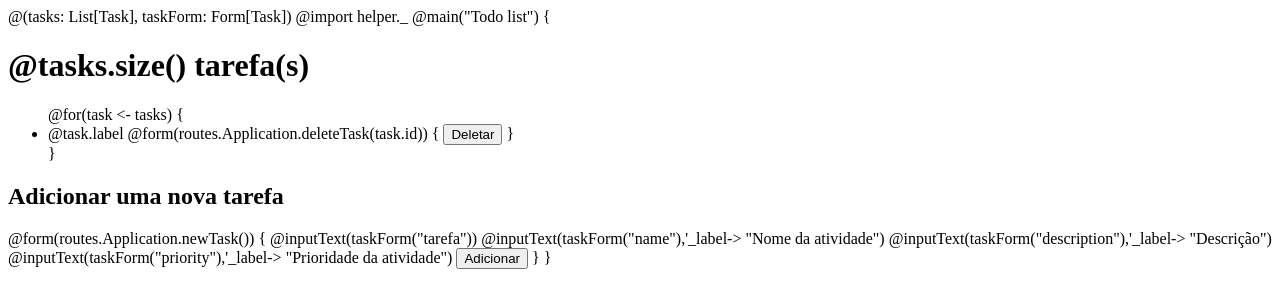
Repository: analuizamtg/si1
Page: lab2/todolist/.target/views/index.scala.html
The author's editor kept a copy of each file at every save. The page is drawn from the files as they stood at one save, then again after the next save.
The browser window is 1280 px wide. The pictures show the whole page.

Above is the page before, as saved 2013-11-25 16:47:52.

After the next save:
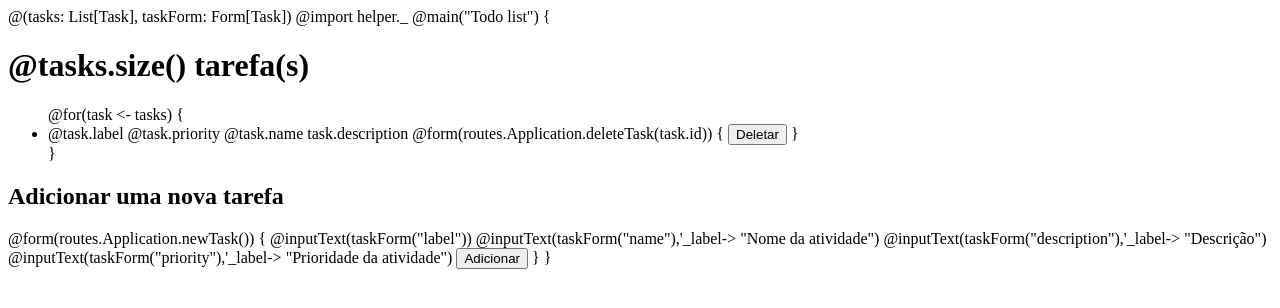
Saved 61 s later.
--- a/lab2/todolist/.target/views/index.scala.html
+++ b/lab2/todolist/.target/views/index.scala.html
@@ -10,6 +10,9 @@
         @for(task <- tasks) {
             <li>
                 @task.label
+                @task.priority
+                @task.name
+                task.description
 
                 @form(routes.Application.deleteTask(task.id)) {
                     <input type="submit" value="Deletar">
@@ -22,7 +25,7 @@
 
     @form(routes.Application.newTask()) {
 
-        @inputText(taskForm("tarefa"))
+        @inputText(taskForm("label"))
         @inputText(taskForm("name"),'_label-> "Nome da atividade")
         @inputText(taskForm("description"),'_label-> "Descrição")
         @inputText(taskForm("priority"),'_label-> "Prioridade da atividade")
